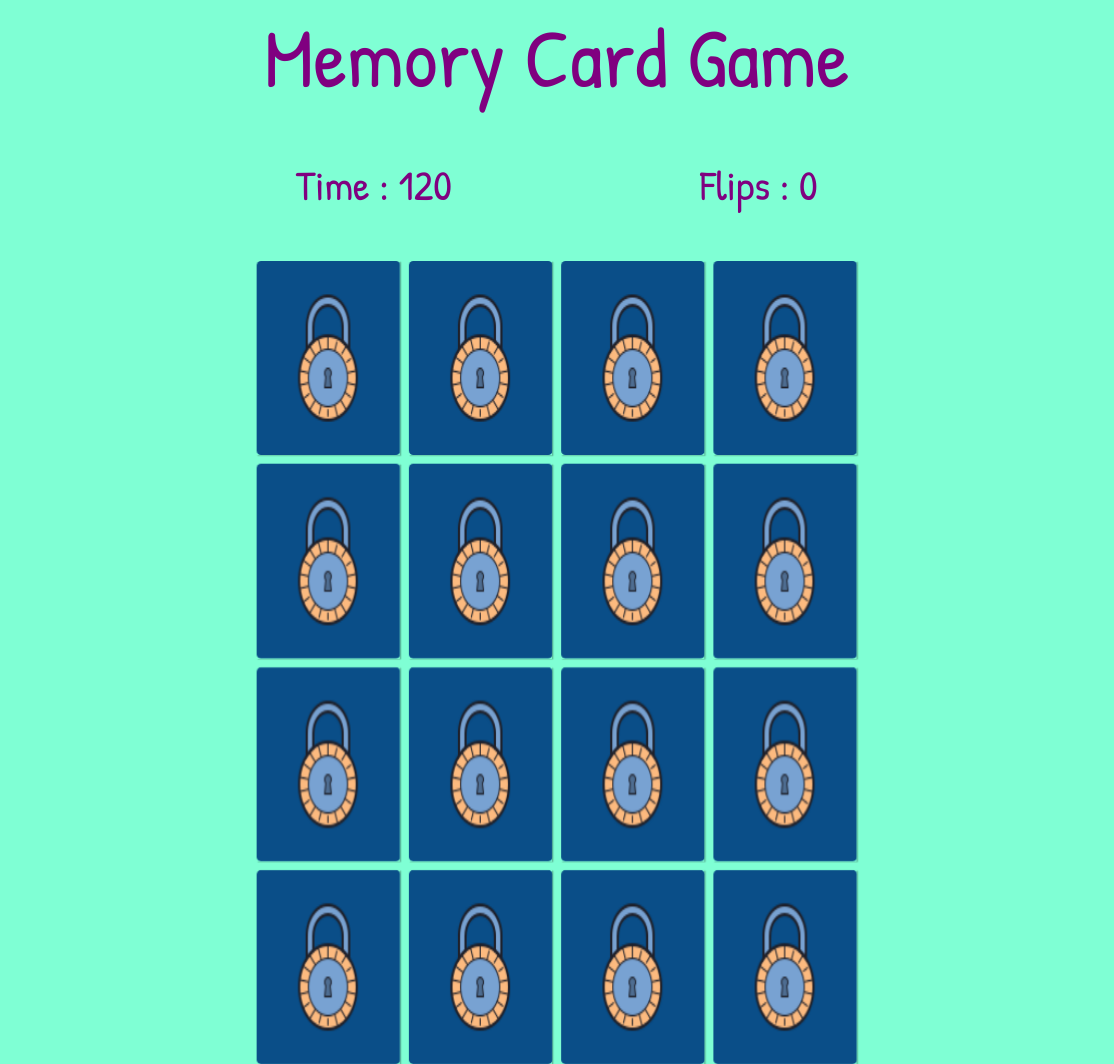
Repository: claudiadanaila1/Project-2--Interactive-FrontEnd---Memory-game
Page: index.html
The author's editor kept a record of every edit. The page is drawn from the files as they stood at one moment, then again after the next edit.
The browser window is 1280 px wide. The pictures show the whole page, at 87% of full size.

Above is the page before.

### index.html
<!DOCTYPE html>
<html lang="en">
<head>
    <meta charset="UTF-8">
    <meta name="viewport" content="width=device-width, initial-scale=1.0">
    <meta http-equiv="X-UA-Compatible" content="ie=edge">
    <link rel="stylesheet" href="css/style.css" type="text/css" />
    <title>Memory Card Game</title>
</head>
<body>
    <h1 class="title">Memory Card Game</h1>

    <div class="game-info-container">
      <div class="game-info">
        Time : <span id="time-remaining">120</span>
      </div>
      <div class="game-info">
        Flips : <span id="flips">0</span>
      </div>
    </div>

  <section class="memory-game">
      <div class="memory-card">
          <img class="card-front" src="assets/images/jelly1.jpg" alt="jelly-fish"/>
          <img class="card-back"  src="assets/images/icon8-lock.png" alt="lock" />
      </div>
      <div class="memory-card">
          <img class="card-front" src="assets/images/jelly1.jpg" alt="jelly-fish"/>
          <img class="card-back"  src="assets/images/icon8-lock.png" alt="lock" />
      </div>
      <div class="memory-card">
          <img class="card-front" src="assets/images/jelly2.jpg" alt="jelly-fish"/>
          <img class="card-back"  src="assets/images/icon8-lock.png" alt="lock" />
      </div>
      <div class="memory-card">
          <img class="card-front" src="assets/images/jelly2.jpg" alt="jelly-fish"/>
          <img class="card-back"  src="assets/images/icon8-lock.png" alt="lock" />
      </div>
      <div class="memory-card">
          <img class="card-front" src="assets/images/jelly3.jpg" alt="jelly-fish"/>
          <img class="card-back"  src="assets/images/icon8-lock.png" alt="lock" />
      </div>
      <div class="memory-card">
          <img class="card-front" src="assets/images/jelly3.jpg" alt="jelly-fish"/>
          <img class="card-back"  src="assets/images/icon8-lock.png" alt="lock" />
      </div>
      <div class="memory-card">
          <img class="card-front" src="assets/images/jelly4.jpg" alt="jelly-fish"/>
          <img class="card-back"  src="assets/images/icon8-lock.png" alt="lock" />
      </div>
      <div class="memory-card">
          <img class="card-front" src="assets/images/jelly4.jpg" alt="jelly-fish"/>
          <img class="card-back"  src="assets/images/icon8-lock.png" alt="lock" />
      </div>
      <div class="memory-card">
          <img class="card-front" src="assets/images/jelly5.jpg" alt="jelly-fish"/>
          <img class="card-back"  src="assets/images/icon8-lock.png" alt="lock" />
      </div>
      <div class="memory-card">
          <img class="card-front" src="assets/images/jelly5.jpg" alt="jelly-fish"/>
          <img class="card-back"  src="assets/images/icon8-lock.png" alt="lock" />
      </div>
      <div class="memory-card">
          <img class="card-front" src="assets/images/jelly6.jpg" alt="jelly-fish"/>
          <img class="card-back"  src="assets/images/icon8-lock.png" alt="lock" />
      </div>
      <div class="memory-card">
          <img class="card-front" src="assets/images/jelly6.jpg" alt="jelly-fish"/>
          <img class="card-back"  src="assets/images/icon8-lock.png" alt="lock" />
      </div>
      <div class="memory-card">
          <img class="card-front" src="assets/images/jelly7.jpg" alt="jelly-fish"/>
          <img class="card-back"  src="assets/images/icon8-lock.png" alt="lock" />
      </div>
       <div class="memory-card">
          <img class="card-front" src="assets/images/jelly7.jpg" alt="jelly-fish"/>
          <img class="card-back"  src="assets/images/icon8-lock.png" alt="lock" />
      </div>
      <div class="memory-card">
          <img class="card-front" src="assets/images/jelly8.jpg" alt="jelly-fish"/>
          <img class="card-back"  src="assets/images/icon8-lock.png" alt="lock" />
      </div>
      <div class="memory-card">
          <img class="card-front" src="assets/images/jelly8.jpg" alt="jelly-fish"/>
          <img class="card-back"  src="assets/images/icon8-lock.png" alt="lock" />
      </div>

  </section>

</body>
</html>

### css/style.css
@import url('https://fonts.googleapis.com/css?family=Patrick+Hand&display=swap');


* {
    padding:0;
    margin:0;
    box-sizing: border-box;
}

html {
   height: 100vh;
    display: flex;
    background-color:aquamarine;
}

body{
    margin:auto;
    justify-content:center;
}

.title {
    font-family:"Patrick Hand", sans-serif;
    font-size: 6em;
    text-align: center;
    font-weight: normal;
    color:purple;
}

.game-info-container {
    grid-column: 1/-1;
    justify-content: space-between;
    display: flex;
    margin:50px;
}

.game-info {
    font-family: "Patrick Hand", sans-serif;
    font-size:3em;
    color:purple;
}

.memory-game {
    height:700px;
    width:700px;
    margin:auto;
    display:flex;
    flex-wrap: wrap;
    perspective:1000px;
}

.memory-card {
  width: calc(25% - 10px);
  height: calc(33.333% - 10px);
  margin: 5px;
  position: relative;
  transform: scale(1);
  transform-style: preserve-3d;
  transition: transform .5s;
  box-shadow: 1px 1px 1px rgba(0,0,0,.3);
}

.memory-card:active {
  transform: scale(0.96);
  transition: transform .3s;
}

.memory-card.flip {
  transform: rotateY(180deg);
}

.card-front,
.card-back {
  width: 100%;
  height: 100%;
  padding: 20px;
  position: absolute;
  border-radius: 5px;
  background: #0a4e88;
  backface-visibility: hidden;
}

.card-front {
  transform: rotateY(180deg);
}

After the next edit:
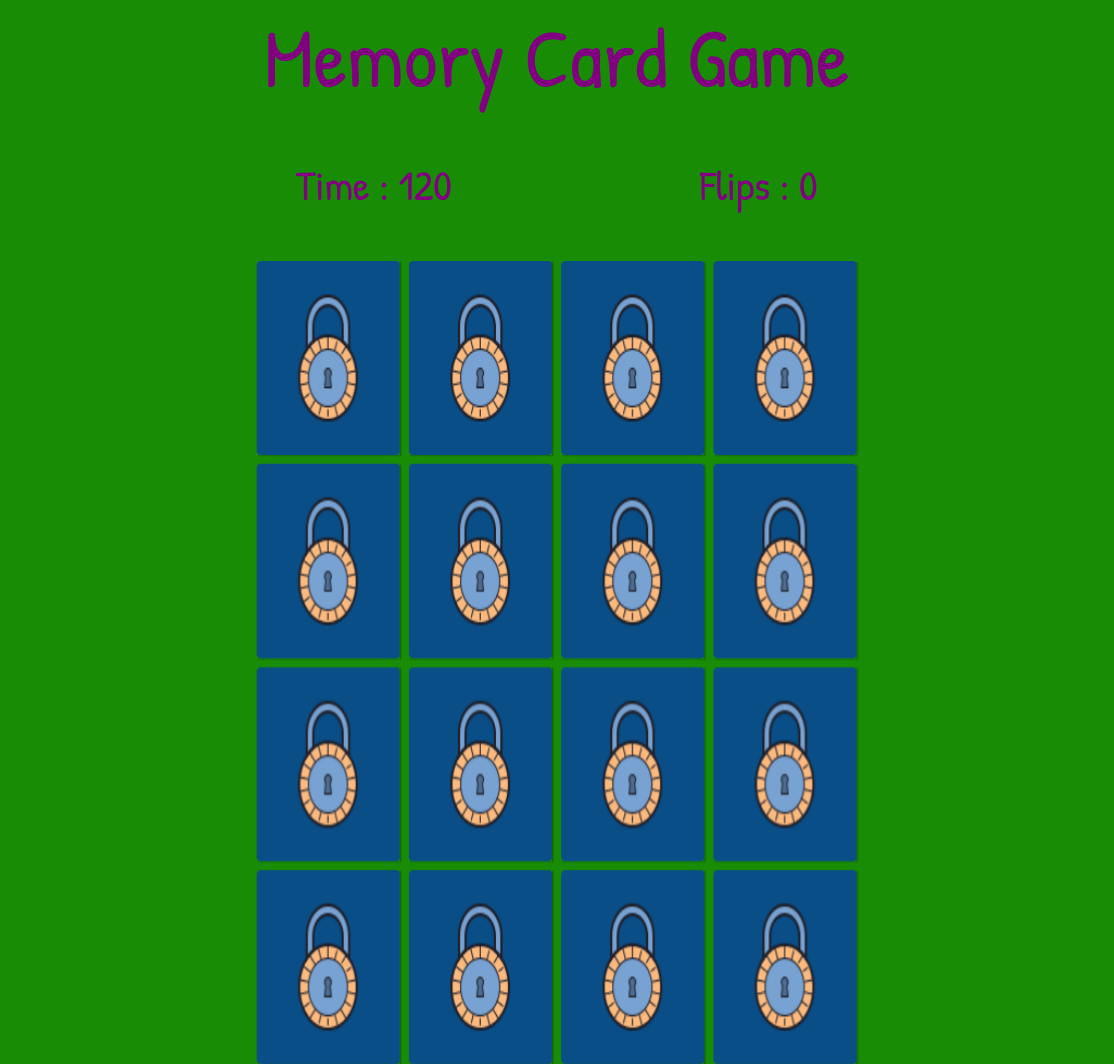
The edit:
--- a/css/style.css
+++ b/css/style.css
@@ -10,7 +10,7 @@
 html {
    height: 100vh;
     display: flex;
-    background-color:aquamarine;
+    background-color:#198c06;
 }
 
 body{
